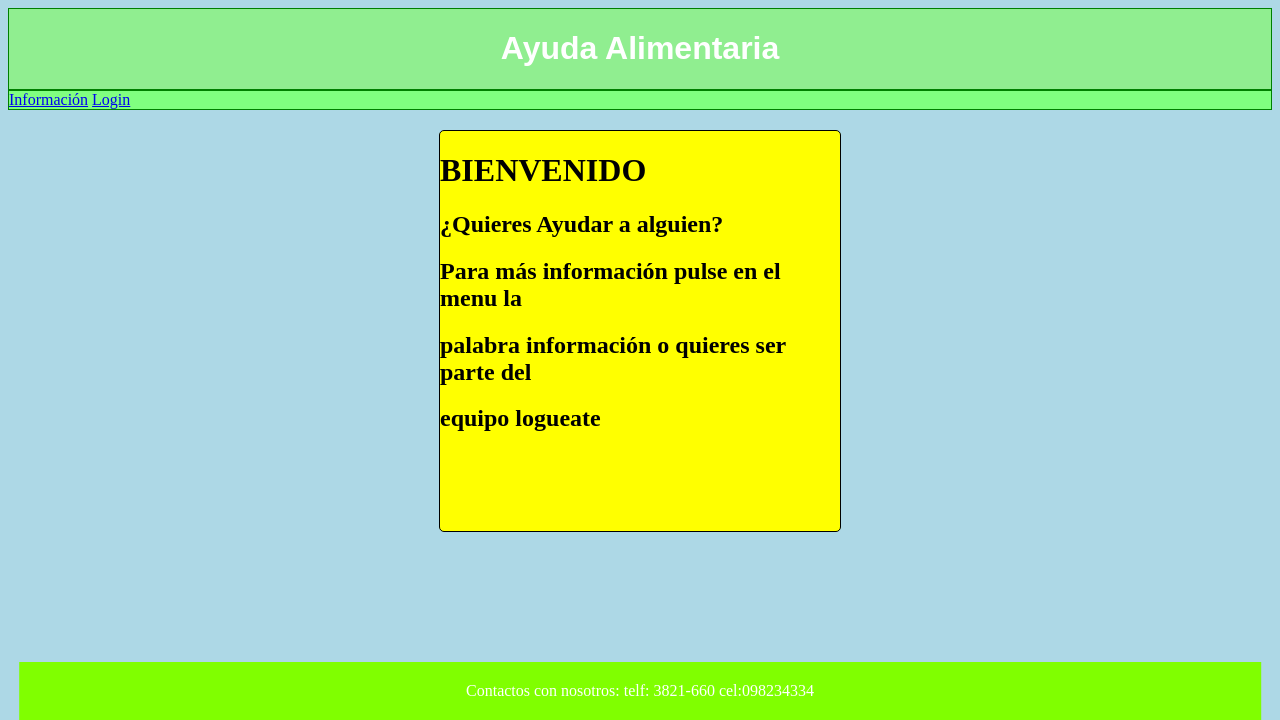
Repository: sonicspeed1/examen1_codigo_bryansantillan
Page: http://localhost/examen_1_bryan_santillan/home.jsp
An editor plug-in stored every save of this project. The page is shown before and after the next save, followed by the edit.
The browser window is 1280 px wide. The pictures show the whole page.
The page is served by Tomcat 9.

Above is the page before, as saved 2024-05-29 14:17:13.

After the next save:
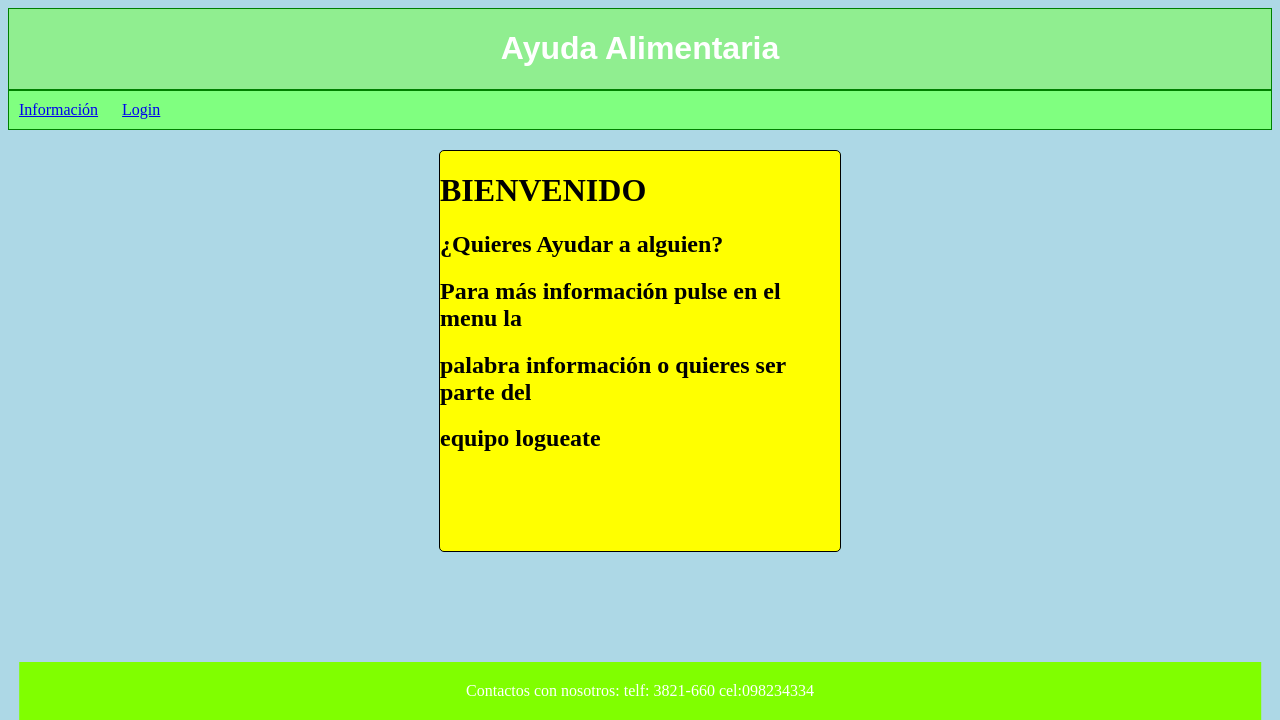
Saved 113 s later.
--- a/examen_1_bryan_santillan/src/main/webapp/estilos.css
+++ b/examen_1_bryan_santillan/src/main/webapp/estilos.css
@@ -42,6 +42,9 @@
 .item {
     display: inline-block;
     position: relative;
+    margin: 10px;
+    color: #333;
+    text-decoration: none;
 }
 .container {
     display: flex;
